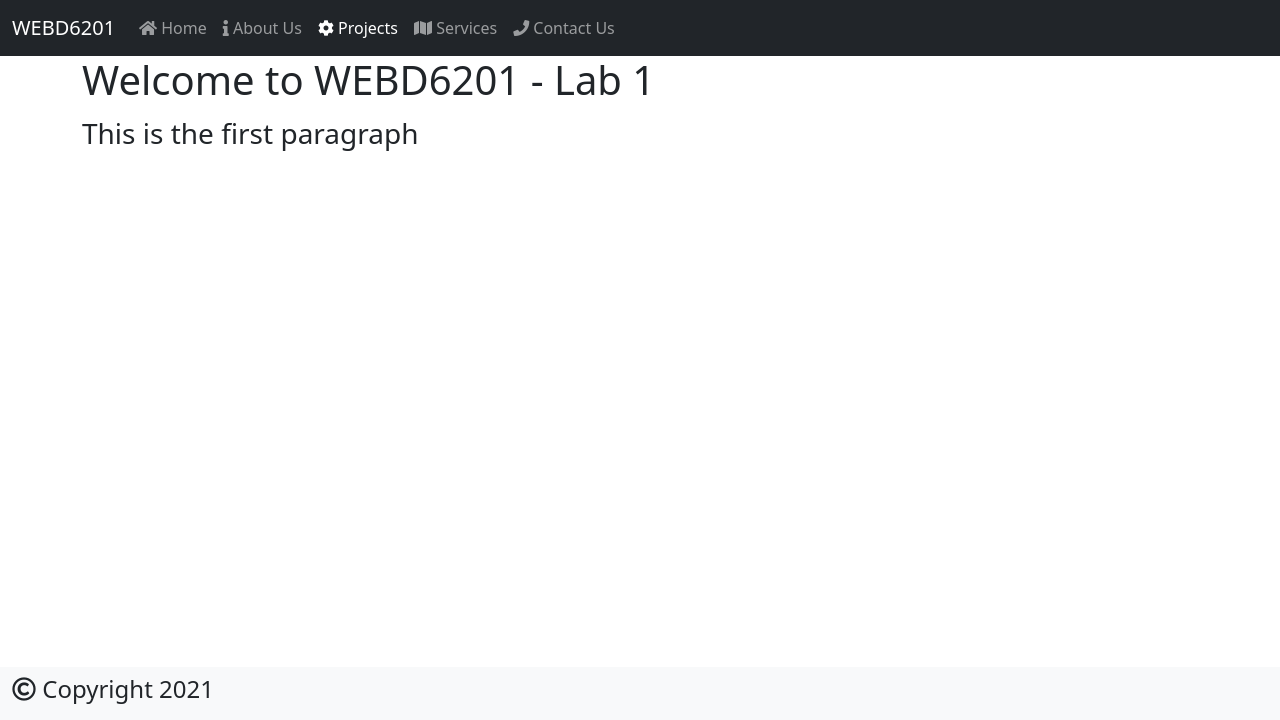
Repository: spencernewellevans/WEBD6201-ICE01
Page: projects.html
An editor plug-in stored every save of this project. The page is shown before and after the next save, followed by the edit.
The browser window is 1280 px wide. The pictures show the whole page.

Above is the page before, as saved 2021-01-22 19:07:06.

### projects.html
<!DOCTYPE html>
<html lang="en">
<head>
    <meta charset="UTF-8">
    <meta name="viewport" content="width=device-width, initial-scale=1.0">
    <title>Projects</title>
    <!-- CSS Section-->
    <link rel="stylesheet" href="./node_modules/bootstrap/dist/css/bootstrap.min.css">
    <link rel="stylesheet" href="./node_modules/@fortawesome/fontawesome-free/css/all.min.css">
    <link rel="stylesheet" href="./Content/app.css">
</head>
<body>
    <!-- Main Header -->
    <header>
        <!-- Main Navigation -->
        <nav class="navbar navbar-expand-lg navbar-dark bg-dark">
            <div class="container-fluid">
              <a class="navbar-brand" href="#=index.html">WEBD6201</a>
              <button class="navbar-toggler" type="button" data-bs-toggle="collapse" data-bs-target="#navbarSupportedContent" aria-controls="navbarSupportedContent" aria-expanded="false" aria-label="Toggle navigation">
                <span class="navbar-toggler-icon"></span>
              </button>
              <div class="collapse navbar-collapse" id="navbarSupportedContent">
                <ul class="navbar-nav me-auto mb-2 mb-lg-0">
                  <li class="nav-item">
                    <a class="nav-link" aria-current="page" href="index.html"><i class="fas fa-home fa-large"></i> Home</a>
                  </li>

                  <li class="nav-item">
                    <a class="nav-link" aria-current="page" href="about.html"><i class="fas fa-info fa-large"></i> About Us</a>
                  </li>

                  <li class="nav-item">
                    <a class="nav-link active" aria-current="page" href="projects.html"><i class="fas fa-cog fa-large"></i> Projects</a>
                  </li>

                  <li class="nav-item">
                    <a class="nav-link" aria-current="page" href="services.html"><i class="fas fa-map fa-large"></i> Services</a>
                  </li>

                  <li class="nav-item">
                    <a class="nav-link" aria-current="page" href="contact.html"><i class="fas fa-phone fa-large"></i> Contact Us</a>
                  </li>
                </ul>
              </div>
            </div>
          </nav>
    </header>

    <!-- Main Content -->
    <main class="container">
        <h1>Welcome to WEBD 6201</h1>
        <p id="paragraphOne"></p>
    </main>

    <!-- Main Footer -->
    <footer>
        <nav class="navbar fixed-bottom navbar-light bg-light">
            <div class="container-fluid">
              <h4><i class="far fa-copyright fa-large"></i> Copyright 2021</h4>
            </div>
          </nav>
    </footer>

    <!-- Script Section -->
    <script src="./node_modules/jquery/dist/jquery.min.js"></script>
    <script src="./node_modules/bootstrap/dist/js/bootstrap.bundle.min.js"></script>
    <script src="./Scripts/app.js"></script>
</body>
</html>

### content/app.css
/* Custom CSS goes here */

### scripts/app.js
/* Custom JavaScript goes here */

// IIFE - Immediately Invoked Function Expression
// Anonymous self-executing expression
// limits scope leak

"use strict";

(function()
{

    function Start()
    {
        console.log("App Started...");

        let paragraphOneText = "This is a simple site to demonstrate DOM manipulation for ICE 1";

        let paragraphOneElement = document.getElementById("paragraphOne");

        paragraphOneElement.textContent = paragraphOneText;
        paragraphOneElement.className = "fs-5"

        // CREATION
        // Step 1. create the element
        let newParagraph = document.createElement("p");
        // Step 2. configure the element
        newParagraph.setAttribute("id","paragraphTwo");
        newParagraph.textContent = "...And this is paragraph two"
        // Step 3. select parent element
        let mainContent = document.getElementsByTagName("main")[0];
        // Step 3. insert the element
        mainContent.appendChild(newParagraph);
        newParagraph.className = "fs-6";

        let paragraphDiv = document.createElement("div");
        let paragraphThree =  `<p id="paragraphThree" class="fs-7 fw-bold">And this is the third paragraph</p>`;
        paragraphDiv.innerHTML = paragraphThree;

        // INSERTION
        // insertion before a node example
        //newParagraph.before(paragraphDiv);

        // insertion after a node example
        newParagraph.after(paragraphDiv);

        // DELETION
        // example of removing a single element
        //paragraphOneElement.remove();

        // removeChild example
        mainContent.removeChild(paragraphOneElement);

        // MODIFICATION
        //mainContent.firstElementChild.textContent = "Welcome Home!"
        mainContent.innerHTML =
        `<h1 id="firstHeading">Welcome to WEBD6201 - Lab 1</h1>
        <p id="paragraphOne" class="fs-3">This is the first paragraph</p>
        `;

    }

    window.addEventListener("load", Start);

})();

Loaded but not shown: node_modules/bootstrap/dist/css/bootstrap.min.css (library); node_modules/@fortawesome/fontawesome-free/css/all.min.css (library); node_modules/jquery/dist/jquery.min.js (library); node_modules/bootstrap/dist/js/bootstrap.bundle.min.js (library)

After the next save:
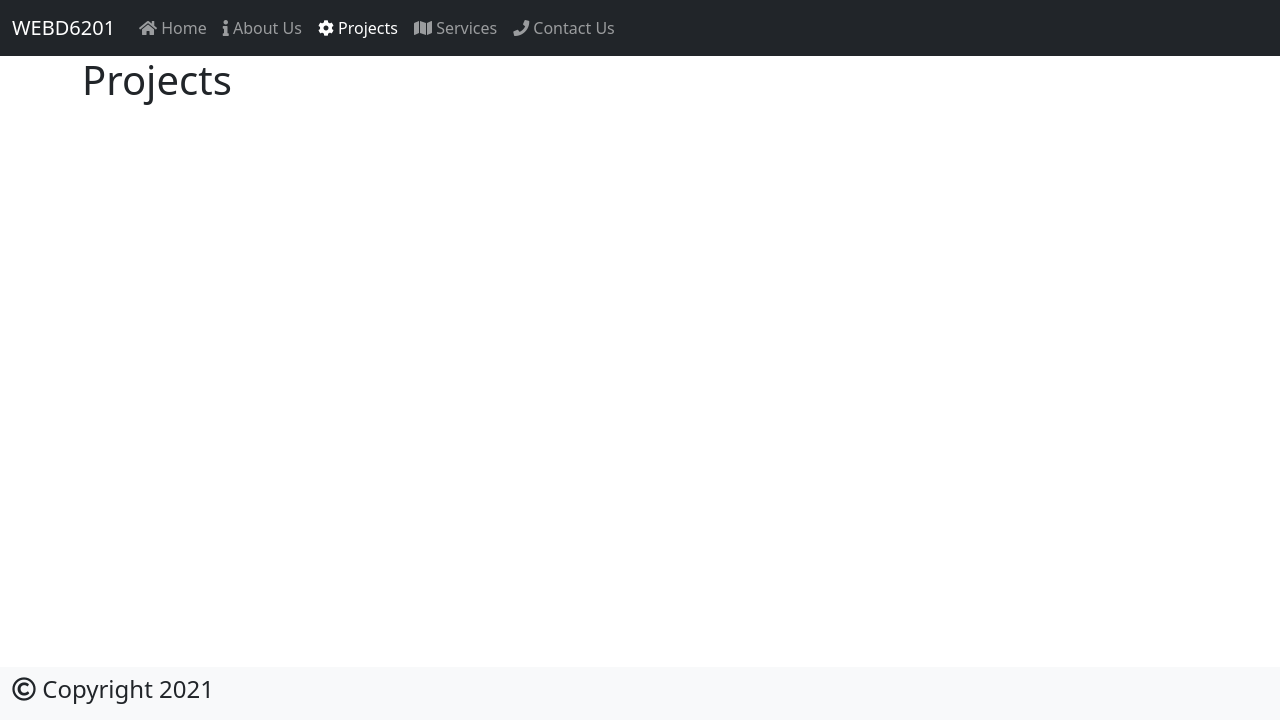
Console error: TypeError: Cannot set properties of null (setting 'textContent')
Saved 9 s later.
--- a/projects.html
+++ b/projects.html
@@ -48,8 +48,7 @@
 
     <!-- Main Content -->
     <main class="container">
-        <h1>Welcome to WEBD 6201</h1>
-        <p id="paragraphOne"></p>
+        <h1>Projects</h1>
     </main>
 
     <!-- Main Footer -->
